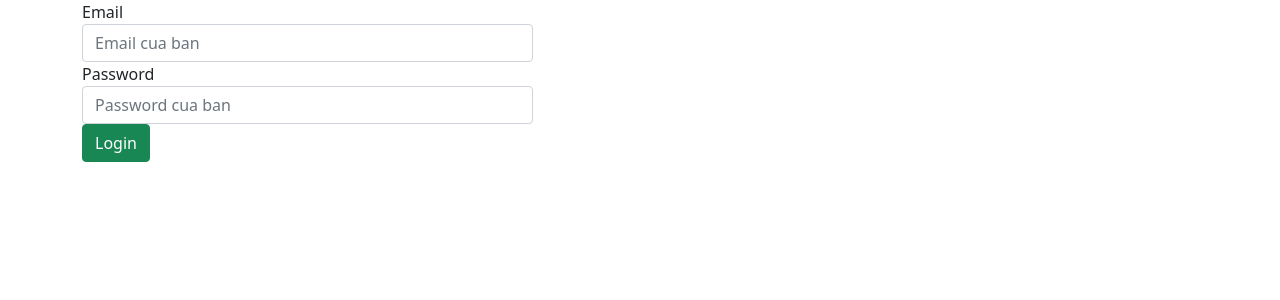
Repository: kiennd3921/AssJava4
Page: http://localhost/Assignment/view/auth/Login.jsp
An editor plug-in stored every save of this project. The page is shown before and after the next save, followed by the edit.
The browser window is 1280 px wide. The pictures show the whole page.
The page is served by Tomcat 9. Other server files are loaded and not shown.

Above is the page before, as saved 2021-04-13 14:52:49.

### PT15307-UD/Assignment/WebContent/view/auth/Login.jsp
<%@ page language="java" contentType="text/html; charset=ISO-8859-1"
	pageEncoding="UTF-8"%>
<!DOCTYPE html>
<html>
<head>
<meta charset="UTF-8">
<meta name="viewport" content="width = device-width, initial-scale=1.0">
<title>Insert title here</title>
<%@ taglib uri="http://java.sun.com/jstl/core_rt" prefix="c"%>
<link rel="stylesheet" type="text/css">
<link
	href="https://cdn.jsdelivr.net/npm/bootstrap@5.0.0-beta2/dist/css/bootstrap.min.css"
	rel="stylesheet"
	integrity="sha384-BmbxuPwQa2lc/FVzBcNJ7UAyJxM6wuqIj61tLrc4wSX0szH/Ev+nYRRuWlolflfl"
	crossorigin="anonymous">

</head>
<body>
	<div class="container">
		<div class="row">
			<div class="col-md-5">
				<form>
					<div class="row">
						<div class="col">
							<div class="form-group">
								<label>Email</label> <input type="email" class="form-control"
									placeholder="Email cua ban" required name="">
							</div>
							<div class="form-group">
								<label>Password</label> <input type="password"
									class="form-control" placeholder="Password cua ban" required
									name="">
							</div>
						</div>
					</div>
					<div class="form-group">
						<button class="btn btn-success" type="submit">Login</button>
					</div>
				</form>
			</div>
		</div>
	</div>
</body>
</html>

After the next save:
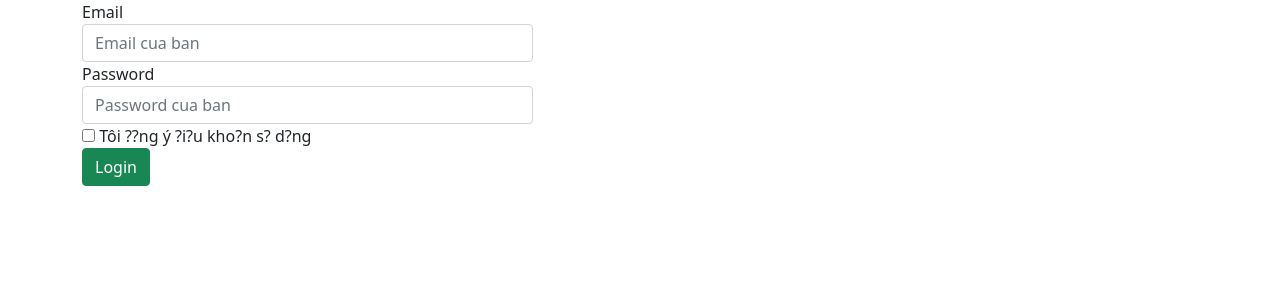
Saved 49 s later.
--- a/PT15307-UD/Assignment/WebContent/view/auth/Login.jsp
+++ b/PT15307-UD/Assignment/WebContent/view/auth/Login.jsp
@@ -34,6 +34,10 @@
 						</div>
 					</div>
 					<div class="form-group">
+						<input type="checkbox" required name=""> <label>Tôi
+							đồng ý điều khoản sử dụng</label>
+					</div>
+					<div class="form-group">
 						<button class="btn btn-success" type="submit">Login</button>
 					</div>
 				</form>
